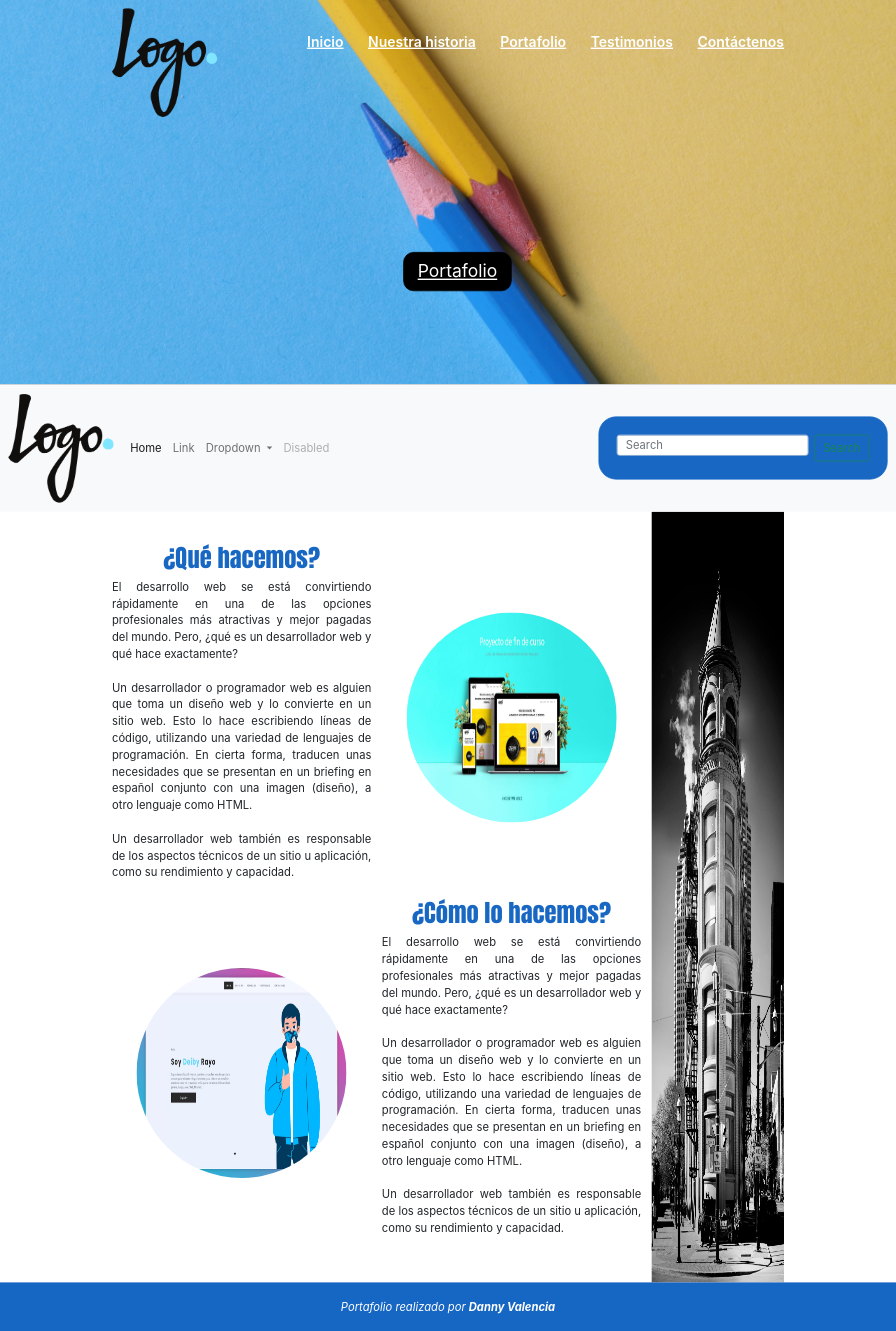
Repository: Dannyval1/Html-portafolio
Page: index.html
The author's editor kept a copy of each file at every save. The page is drawn from the files as they stood at one save, then again after the next save.
The browser window is 1280 px wide. The pictures show the whole page, at 70% of full size.

Above is the page before, as saved 2022-02-13 18:04:55.

After the next save:
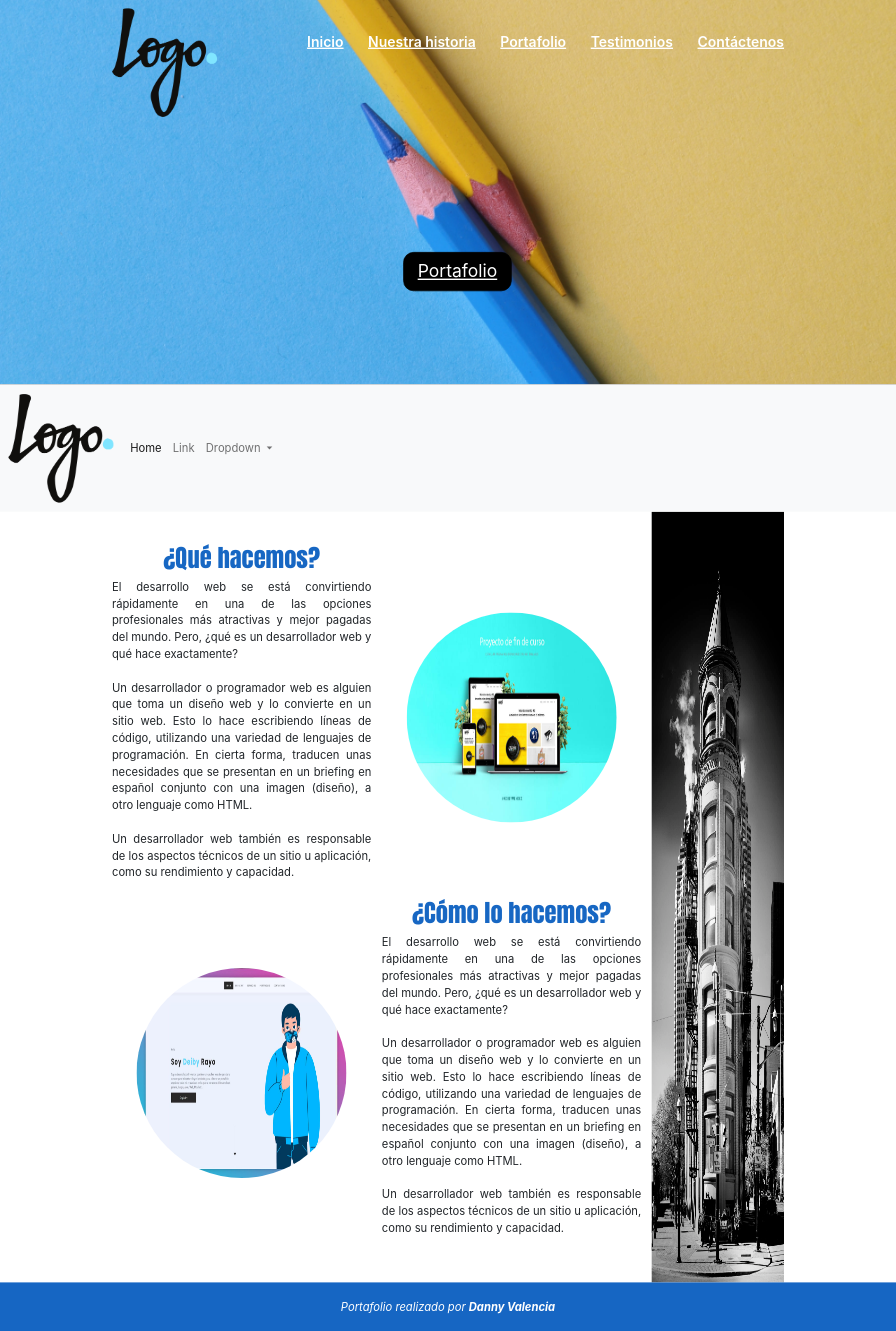
Saved 20 s later.
--- a/index.html
+++ b/index.html
@@ -83,14 +83,7 @@
                 <li><a class="dropdown-item" href="#">Something else here</a></li>
               </ul>
             </li>
-            <li class="nav-item">
-              <a class="nav-link disabled">Disabled</a>
-            </li>
           </ul>
-          <form class="d-flex">
-            <input class="form-control me-2" type="search" placeholder="Search" aria-label="Search">
-            <button class="btn btn-outline-success" type="submit">Search</button>
-          </form>
         </div>
       </div>
     </nav>
